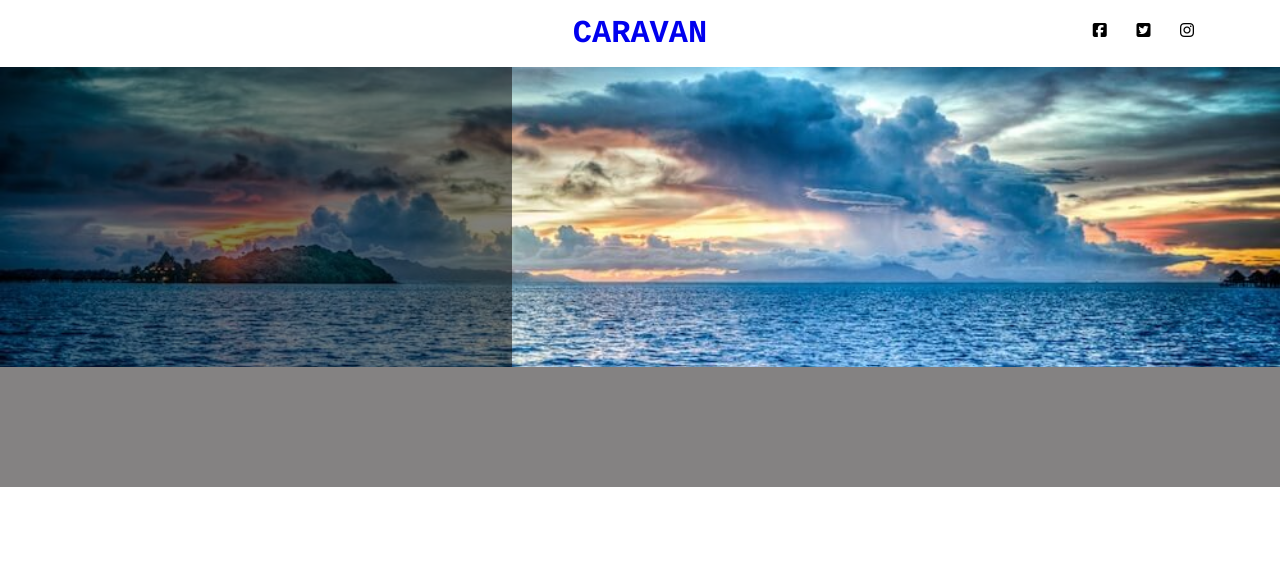
Repository: wakasugisatoi/git
Page: caravan/index2.html
The author's editor kept a record of every edit. The page is drawn from the files as they stood at one moment, then again after the next edit.
The browser window is 1280 px wide. The pictures show the whole page.
Some web libraries are served in a nearby version.

Above is the page before.

### caravan/index2.html
<!DOCTYPE html>
<html lang="ja">
  <head>
    <meta charset="UTF-8" />
    <meta name="viewport" content="width=device-width,initial-scale=1.0">
    <!--フォントオーサムの読み込み-->
    <script src="https://kit.fontawesome.com/1a3f0d96a2.js" crossorigin="anonymous"></script>
    <!--cssファイルの読み込み-->
    <link rel="stylesheet" href="style2.css" />
    <title>CARAVAN</title>
  </head>

  <body>
    <!--ヘッダー用のdiv-->
    <!--<div class="header">-->
    <!--  <div class="header-top"></div>-->
    <!--  <div class="header-bottom"></div>-->
    <!--</div>-->
    <header>
      <h1 class="heading">
        <a href="index2.html"> CARAVAN</a>
      </h1>

      <div class="social">
        <i class="fab fa-facebook-square"></i>
        <i class="fab fa-twitter-square"></i>
        <i class="fab fa-instagram"></i>
      </div>
    </header>

    <!--navigation-->
    <!--<nav>-->
      <!--箇条書きリスト-->
      <!--<ul class="nav-list">-->
      <!--<li class="nav-list-item">-->
        <!--<a href="index2.thml">Home</a>-->
      <!--</li>-->
      <!--<li class="nav-list-item">About</li>-->
      <!--<li class="nav-list-item">TOpic</li>-->
      <!--</ul>-->
    <!--</nav>-->

    <!--main-visual用のdiv-->
    <div class="main-visual">
      <!--main-visual内の枠づくり-->
      <div class="main-visual-content">
        <!--<p class="main-visual-text">-->
          <!--The world is a book<br/>-->
          <!--and those who do not travel<br/>-->
          <!--red only one page-->
        <!--</p>-->
        <!--<p class="main-visual-name">-->
          <!--St. Augustine-->
        <!--</p>-->
      </div>
    </div>

    <!--main用のdiv-->
    <!--<div class="main">-->
      <!--<div class="blog"></div>-->
      <!--<div class="sidebar"></div>-->
    <!--</div>-->
    <!--<main>-->
    <!--  <section class="blog">-->
    <!--    <h2 class="blog-heading">Recent Blogs</h2>-->

    <!--    <div class="blog-box">-->

    <!--      <div class="blog-item">-->
    <!--       <img class="blog-image" src="img/img/forest.jpg">-->
    <!--       <section class="blog-text">-->
    <!--        <h3 class="blog-text-heading">-->
    <!--          <a href="single.html">-->
    <!--            Hopeful lessons from<br>-->
    <!--            the battle to save<br>-->
    <!--            rainforests-->
    <!--          </a>-->
    <!--         </h3>-->
    <!--        <p class="blog-date">June 19,2017</p>-->
    <!--        <span class="category">Nature</span>-->
    <!--       </section>-->
    <!--      </div>-->

    <!--      <div class="blog-item">-->
    <!--       <img class="blog-image" src="img/img/desert.jpg">-->
    <!--       <section class="blog-text">-->
    <!--        <h3 class="blog-text-heading">-->
    <!--          <a href="single.html">-->
    <!--            How to fight<br>-->
    <!--            desertification and<br>-->
    <!--            reverse climate chang-->
    <!--          </a>-->
    <!--        </h3>-->
    <!--        <p class="blog-date">June 17,2017</p>-->
    <!--        <span class="category">Nature</span>-->
    <!--       </section>-->
    <!--      </div>-->

    <!--      <div class="blog-item">-->
    <!--       <img class="blog-image" src="img/img/sunset.jpg">-->
    <!--       <section class="blog-text">-->
    <!--        <h3 class="blog-text-heading">-->
    <!--          <a href="single.html">-->
    <!--            Why I'm rowing<br>-->
    <!--            across the Pacific-->
    <!--          </a>-->
    <!--        </h3>-->
    <!--        <p class="blog-date">June 16,2017</p>-->
    <!--        <span class="category">Adventure</span>-->
    <!--      </section>-->
    <!--      </div>-->

    <!--      <div class="blog-item">-->
    <!--       <img class="blog-image" src="img/img/italy.jpg">-->
    <!--       <section class="blog-text">-->
    <!--        <h3 class="blog-text-heading">-->
    <!--          <a href="single.html">-->
    <!--            Unseen footage,<br>-->
    <!--            untamed nature<br>-->
    <!--          </a>-->
    <!--        </h3>-->
    <!--        <p class="blog-date">June 15,2017</p>-->
    <!--        <span class="category">Nature</span>-->
    <!--       </section>-->
    <!--      </div>-->


    <!--      <div class="blog-item">-->
    <!--       <img class="blog-image" src="img/img/asia.jpg">-->
    <!--       <section class="blog-text">-->
    <!--        <h3 class="blog-text-heading">-->
    <!--          <a href="single.html">-->
    <!--            The case for<br>-->
    <!--            engineering our food<br>-->
    <!--          </a>-->
    <!--         </h3>-->
    <!--        <p class="blog-date">June 14,2017</p>-->
    <!--        <span class="category">Culture</span>-->
    <!--       </section>-->
    <!--      </div>-->

    <!--    </div>-->


    <!--  <div class="pagination">-->
    <!--    <p><<<</p>-->
    <!--    <p><</p>-->
    <!--    <p>1</p>-->
    <!--    <p>2</p>-->
    <!--    <p>3</p>-->
    <!--    <p>></p>-->
    <!--    <p>>></p>-->
    <!--  </div>-->
    <!-- </section>-->

    <!--  <div class="sidebar">-->
    <!--   <section class="popular">-->
    <!--     <h2 class="popular-heading common heading">Popular</h2>-->
    <!--     <div class="sidebar-contents">-->
    <!--       <p class="popular-text">To solve old problems,<br>study new species</p>-->
    <!--       <p class="popular-text">Why Earth may someday<br>look like Mars</p>-->
    <!--       <p class="popular-text">What will humans look<br>like in 100 years?</p>-->
    <!--       <p class="popular-text">How to grow a forest<br>in your backyard</p>-->
    <!--       <p class="popular-text">How humans could evolve<br>to survive in space</p>-->
    <!--     </div>-->
    <!--   </section>-->

    <!--   <section class="instagram">-->
    <!--     <h2 class="instagram-heading common-heading">Instagram</h2>-->
    <!--     <div class="sidebar-contents">-->
    <!--       <div class="instagram-box"></div>-->
    <!--       <div class="instagram-box"></div>-->
    <!--       <div class="instagram-box"></div>-->
    <!--       <div class="instagram-box"></div>-->
    <!--       <div class="instagram-box"></div>-->
    <!--       <div class="instagram-box"></div>-->
    <!--     </div>-->
    <!--   </section>-->

    <!--   <section class="categories">-->
    <!--     <h2 class="categories-heading common-heading">Categories</h2>-->
    <!--     <div class="sidebar-contents">-->
    <!--       <p class="categories-text">Technology(15)</p>-->
    <!--       <p class="categories-text">Business(23)</p>-->
    <!--       <p class="categories-text">Entertainment(12)</p>-->
    <!--       <p class="categories-text">Nature(32)</p>-->
    <!--       <p class="categories-text">Education(9)</p>-->
    <!--       <p class="categories-text">Adoventuere(23)</p>-->
    <!--       <p class="categories-text">Communication(14)</p>-->
         <!--</div>-->
       <!--</section>-->
     <!--</div>-->
    <!--</main>-->

    <!--footer用のdiv-->
    <!--<div class="footer"></div>-->
    <footer>
      <!--<p class="footer-text">©All rights reserved by Infratop.Inc.</p>-->

    </footer>

  </body>
</html>

### caravan/style2.css
*{
  margin: 0;
  padding: 0;
  box-sizing:border-box;
}

a{
  text-decoration: none;
}
header,nav,h2,.main-visual,footer{
  font-family: Chalkduster,"Bradley Hand",Courier,"Segoe Print",sans-serif;
}
header{
  width: 90%;
  padding: 15px 0;
  margin: 0 auto;
  text-align: center;
  position: relative;
  /*background-color: red;*/
}

.social i{
  margin-left:20px;
  display: inline-block;
}

.social{
  position: absolute;
  top: 22px;
  right: 22px;
}
header .heading{
  font-size:32px;
}

.nav-list{
  text-align: center;
  padding:10px 0;
  margin:0 auto;
}

.nav-list-item{
  list-style:none;
  display: inline-block;
  margin: 0 20px;
}

/*.header-top{*/
  /*width: 100%;*/
  /*height: 70px;*/
  /*background-color: hotpink;*/
/*}*/

/*.header-bottom{*/
  /*width: 100%;*/
  /*height: 50px;*/
  /*background-color: pink;*/
/*}*/

.main-visual{
  width: 100%;
  height: 300px;
  background-image: url(img/img/mv.jpg);
  background-size: cover;
  background-position: center;
  /*background-color: orange;*/
}

.main-visual-content{
  width: 40%;
  height: 300px;
  background-color: rgba(0,0,0,0.5);
  text-align: center;
  padding-top: 105px;
  /*background-color: gold;*/
}

.main-visual-text{
  color:#fff;
}

.main-visual-name{
  margin-top:30px;
  color:#fff;
}

main{
  width: 800px;
  /*flex挿入のため削除*/
  /*height: 1400px;*/
  /*background-color: green;*/
  display: block;
  justify-content:center;
  margin: 0 auto;
  padding: 70px 0;
}

.blog{
  width: 540px;
  /*height: 1400px;*/
  /*background-color: limegreen;*/
  margin-right: 30px;
}

.blog-heading{
  border-bottom: 8px solid #f7f7f7;
  text-align: center;
  line-height: 0.6;
}

.blog-box{
  padding-top: 50px;
}

.blog-item{
  padding-bottom: 20px;
  margin-bottom: 20px;
  border-bottom: 1px solid #f7f7f7;
  display: flex;
  justify-content:flax-start;
}

.blog-image{
  height:180px;
}

.blog-text{
  padding: 25px 0 0 30px;
}

.blog-text-heading{
  padding-bottom: 15px;
}

.blog-date{
  font-size:12px;
  display:inline-block;
}
.category{
  display: inline-block;
  padding: 5px 8px;
  background-color: #acabab;
  border-radius: 3px;
  color: #fff;
  font-size: 11px;
}

.pagination{
  text-align: center;
  padding-top: 50px;
}

.pagination p{
  display: inline-block;
  width: 30px;
  height: 30px;
  margin:0 5px;
  color:#fff;
  background-color: #acabab;
  border-radius: 3px;
  line-height:30px;
}

.sidebar{
  width: 240px;
  /*height: 1400px;*/
  /*background-color: palegreen;*/
}

.common-heading{
  border-bottom: 8px solid #f7f7f7;
  text-align: center;
  line-height:0.6;
}

.sidebar-contents{
  padding: 50px 0;
}

.popular-text,
.categories-text{
  padding-bottom: 5px;
  border-bottom: 1px solid #f7f7f7;
  margin-bottom: 5px;
}
.popular-text:last-child,
.categories-text:last-child{
  margin: 0;
  padding: 0;
  border:none;
}

.instagram .sidebar-contents{
  display: flex;
  flex-wrap: wrap;
}

.instagram-box{
  width: 110px;
  padding-top: 110px;
  background-size: cover;
  background-position: center;
  margin-bottom: 10px;
}
.instagram-box:nth-child(odd){
  margin:0 10px 10px 0;
}

.instagram-box:nth-child(1){
  background-image: url(img/img/airport.jpg);
}

.instagram-box:nth-child(2){
  background-image: url(img/img/japan.jpg);
}

.instagram-box:nth-child(3){
  background-image: url(img/img/snow.jpg);
}

.instagram-box:nth-child(4){
  background-image: url(img/img/japan2.jpg);
}

.instagram-box:nth-child(5){
  background-image: url(img/img/lake.jpg);
}

.instagram-box:nth-child(6){
  background-image: url(img/img/road.jpg);
}

footer{
  width: 100%;
  height: 120px;
  text-align: center;
  line-height: 120px;
  background-color: #848282;
}

.footer-text{
  color: #fff;
}

/*すべての画面サイズで適用される*/
/*.social i{*/
  /*color:black;*/
/*}*/
 /*タブレット横置きサイズ*/
 /*@media screen and (max-width:1024px){*/
   /*.social i{*/
     /*color: green;*/
   /*}*/
 /*}*/

 /*タブレット縦置きサイズ*/
 /*@media screen and (max-width:768px){*/
   /*.social i{*/
     /*color: red;*/
   /*}*/
 /*}*/

 /*スマホサイズ*/
@media screen and (max-width:425px){
  header{
    width: 100%;
  }

  .social{
    display: none;
  }

  .nav-list{
    width: 100%;
  }

  .nav-list-item{
    width: 100%;
    margin:0 0 10px 0;
  }



  .main-visual-content{
    width: 100%;
  }

  .main{
    width: 100%;
    display: black;
  }

  .blog{
    width: 100%;
    margin: 0;
  }

  .blog-box{
    padding-left: 2%;
    padding-right: 2%;
  }

  .blog-image{
    width: 49%;
  }

  .blog-text {
    width: 49%;
    padding-top: 5px;
  }

  .sidebar{
    width: 100%;
  }

  .sidebar-contents{
    padding-left: 3%;
    padding-right: 3%;
  }
  .instagram-box{
    width: 48%;
    padding-top: 48%;
  }

  .instagram-box:nth-child(odd){
    width: 48%;
    padding-top:48%;
  }


  footer{
    width: 100%;
  }
}

After the next edit:
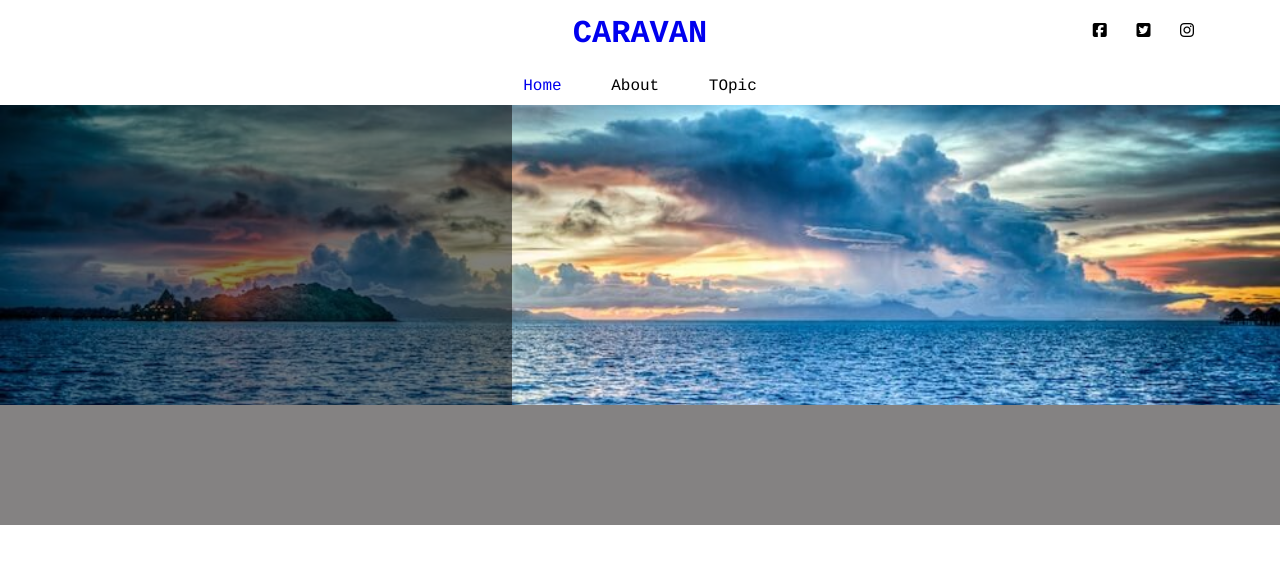
The edit:
--- a/caravan/index2.html
+++ b/caravan/index2.html
@@ -29,16 +29,16 @@
     </header>
 
     <!--navigation-->
-    <!--<nav>-->
+    <nav>
       <!--箇条書きリスト-->
-      <!--<ul class="nav-list">-->
-      <!--<li class="nav-list-item">-->
-        <!--<a href="index2.thml">Home</a>-->
-      <!--</li>-->
-      <!--<li class="nav-list-item">About</li>-->
-      <!--<li class="nav-list-item">TOpic</li>-->
-      <!--</ul>-->
-    <!--</nav>-->
+      <ul class="nav-list">
+      <li class="nav-list-item">
+        <a href="index2.thml">Home</a>
+      </li>
+      <li class="nav-list-item">About</li>
+      <li class="nav-list-item">TOpic</li>
+      </ul>
+    </nav>
 
     <!--main-visual用のdiv-->
     <div class="main-visual">
